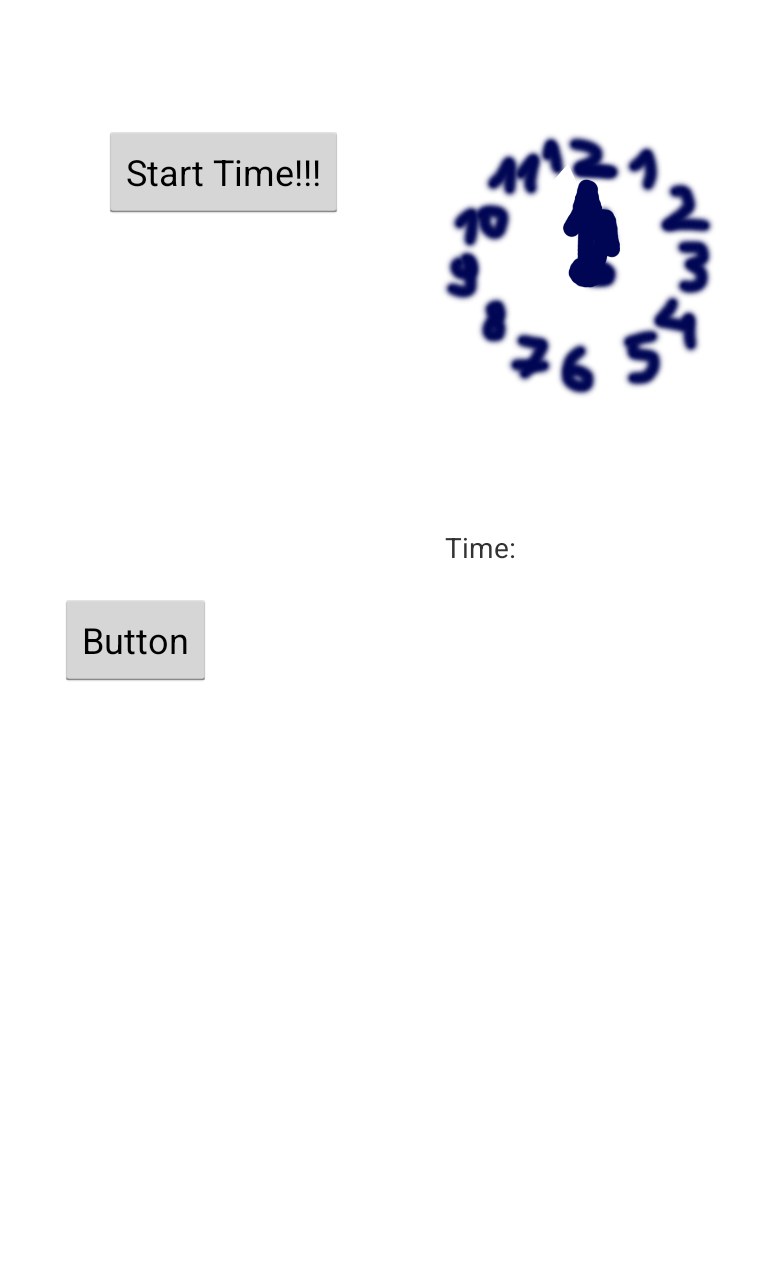
Repository: invader777/M-G
Layout: BrambrGambr/res/layout/activity_main_brambr.xml
These files come from the project's save history. The layout is drawn as it stood at one moment and after the next save; the edit follows.
It is drawn on a 768 x 1280 px phone screen (xhdpi) without system bars, with theme AppTheme; the app's code is not run.

Above is the layout before, as saved 2012-09-04 23:15:27.

After the next save:
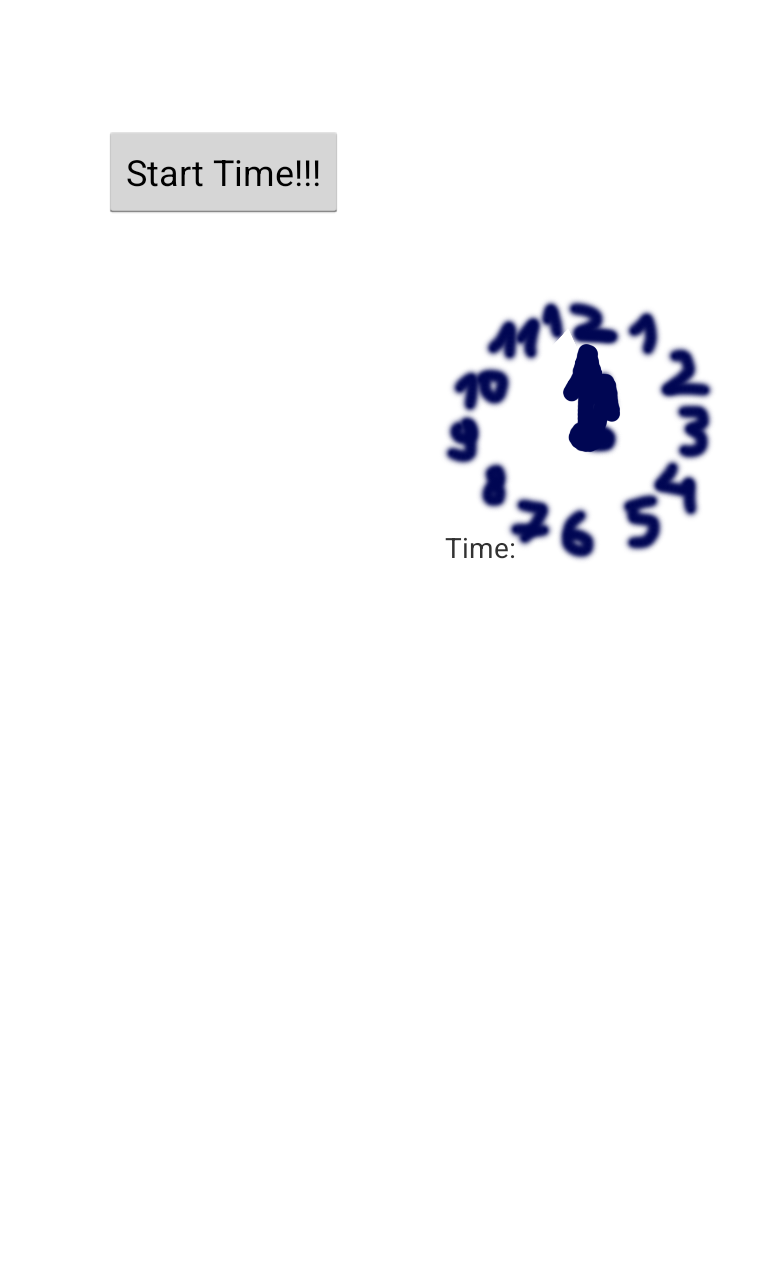
Saved 48 s later.
--- a/BrambrGambr/res/layout/activity_main_brambr.xml
+++ b/BrambrGambr/res/layout/activity_main_brambr.xml
@@ -25,21 +25,10 @@
         android:text="@string/time_value"
         tools:context=".MainBrambr" />
 
-    <Button
-        android:id="@+id/button2"
-        android:layout_width="wrap_content"
-        android:layout_height="wrap_content"
-        android:layout_alignParentLeft="true"
-        android:layout_centerVertical="true"
-        android:layout_marginLeft="29dp"
-        android:onClick="onBtnSettingsClick"
-        android:text="Button" />
-
     <ImageView
         android:id="@+id/imageView1"
         android:layout_width="wrap_content"
         android:layout_height="wrap_content"
-        android:layout_above="@+id/button2"
         android:layout_marginBottom="18dp"
         android:layout_marginLeft="22dp"
         android:layout_toRightOf="@+id/button1"
